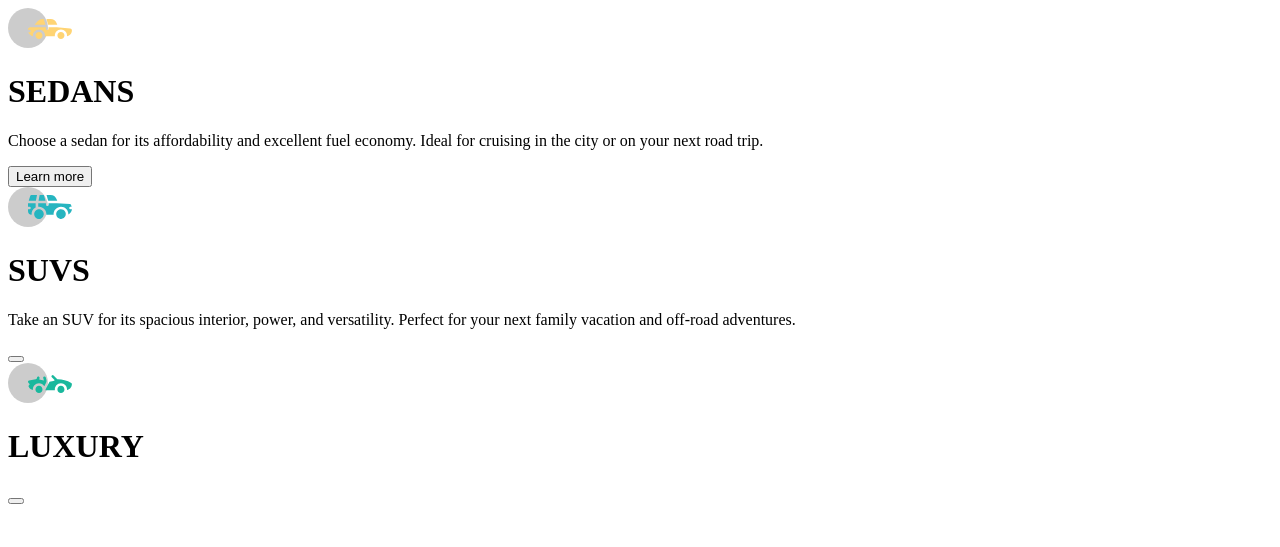
Repository: Pawan-pediredla/frontend-mentors
Page: 3-column-preview-card-component/3-column-preview-card-component-main/markup/index.html
The author's editor kept a copy of each file at every save. The page is drawn from the files as they stood at one save, then again after the next save.
The browser window is 1280 px wide. The pictures show the whole page.

Above is the page before, as saved 2024-06-22 12:48:28.

### 3-column-preview-card-component/3-column-preview-card-component-main/markup/index.html
<!DOCTYPE html>
<html lang="en">
<head>
  <meta charset="UTF-8">
  <meta name="viewport" content="width=device-width, initial-scale=1.0"> <!-- displays site properly based on user's device -->

  <link rel="icon" type="image/png" sizes="32x32" href="./images/favicon-32x32.png">

  <title>Frontend Mentor | 3-column preview card component</title>

<link rel="stylesheet" href="../styling/index.css"/>
</head>
<body>
  <main>
    <div class="box" id="sedans">
      <img src="../images/icon-sedans.svg" alt="sedans-img"/>
      <h1>SEDANS</h1>
      <p>
        Choose a sedan for its affordability and excellent fuel economy. Ideal for cruising in the city
          or on your next road trip.
      </p>
<button class="sedandsb">Learn more</button>
    </div>
    <div class="box" id="suvs">
      <img src="../images/icon-suvs.svg" alt="suvs-img"/>
      <h1>
        SUVS
      </h1>
      <p>Take an SUV for its spacious interior, power, and versatility. Perfect for your next family vacation
        and off-road adventures.

      </p>
      <button class="suvsb">

      </button>
    </div>
    <div class="box" id="luxury">
      <img src="../images/icon-luxury.svg" alt="luxury-img"/>
      <h1>LUXURY</h1>
      <p></p>
      <button class="luxuryb">

      </button>
    </div>
  </main>
</body>
</html>

### 3-column-preview-card-component/3-column-preview-card-component-main/styling/index.css
.attribution { font-size: 11px; text-align: center; }
    .attribution a { color: hsl(228, 45%, 44%); }

After the next save:
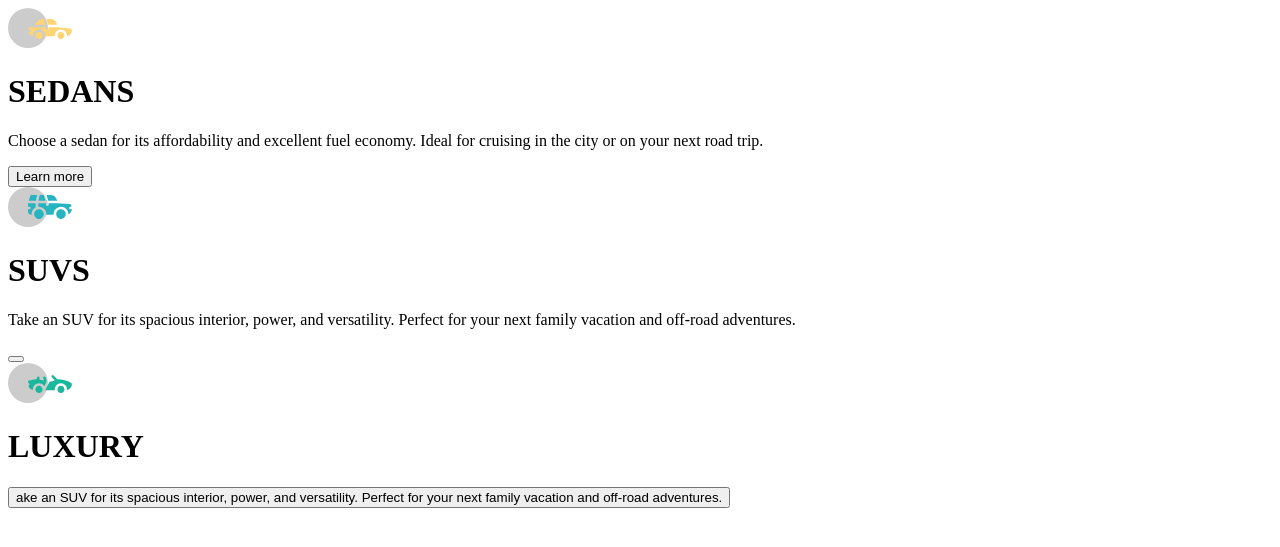
Saved 15 s later.
--- a/3-column-preview-card-component/3-column-preview-card-component-main/markup/index.html
+++ b/3-column-preview-card-component/3-column-preview-card-component-main/markup/index.html
@@ -38,7 +38,8 @@
       <img src="../images/icon-luxury.svg" alt="luxury-img"/>
       <h1>LUXURY</h1>
       <p></p>
-      <button class="luxuryb">
+      <button class="luxuryb">ake an SUV for its spacious interior, power, and versatility. Perfect for your next family vacation
+        and off-road adventures.
 
       </button>
     </div>
